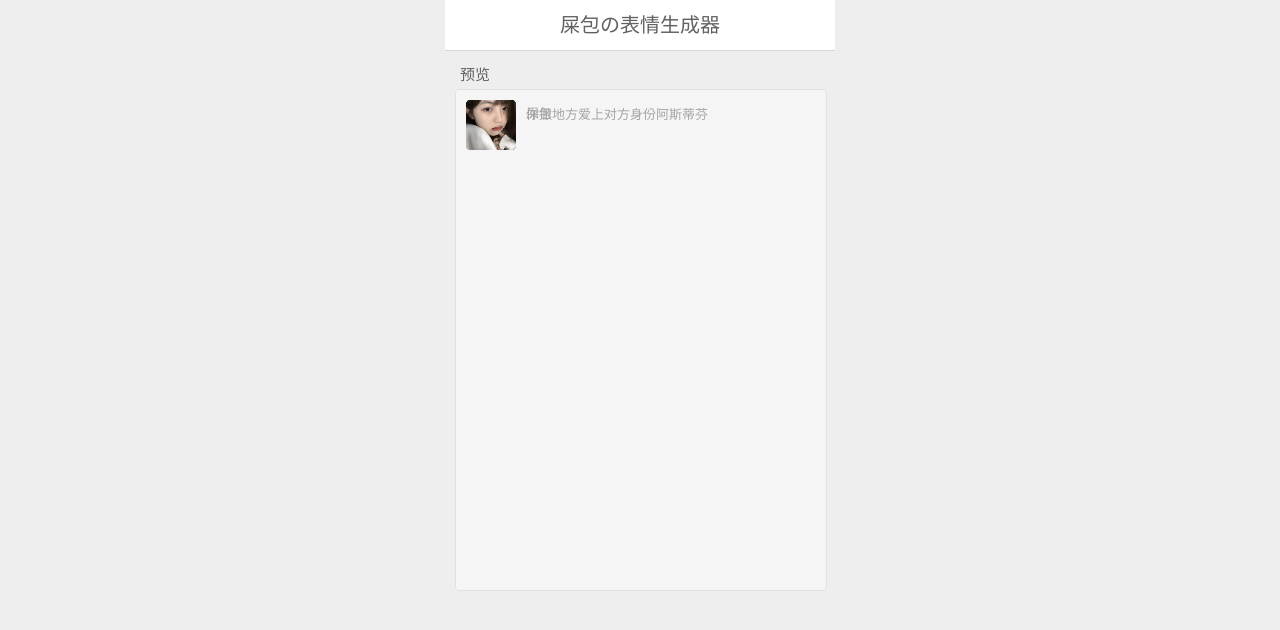
Repository: long-zuyang/shibao
Page: /
The author's editor kept a copy of each file at every save. The page is drawn from the files as they stood at one save, then again after a run of saves.
The browser window is 1280 px wide. The pictures show the whole page.
The project was rebuilt for these pictures with package versions that can differ from the ones it lists, and the page was loaded fresh each time. Also part of the build but not shown: vite.config.ts.

Above is the page before, as saved 2023-06-30 04:35:53.

### src/main.tsx
import React from 'react';
import ReactDOM from 'react-dom/client';
import 'normalize.css';
import App from './App.tsx';

ReactDOM.createRoot(document.getElementById('root') as HTMLElement).render(
  <React.StrictMode>
    <App />
  </React.StrictMode>
);

### src/App.tsx
// import { useState } from 'react';
import { Flex, Image } from 'react-vant';
import React from 'react';
import './App.less';

import CanvasDrow from './components/CanvasDraw';

// function App() {
//   // const [count, setCount] = useState(0);
//   // console.log(document.getElementById('cvs'));

// }

class App extends React.Component {
  state = {};

  componentDidMount() {
    // console.log(document.getElementById('cvs'));
  }

  render() {
    console.log('渲染');

    return (
      <div className="main">
        <div className="top">
          <div className="name">屎包の表情生成器</div>
        </div>
        <div className="container">
          <span className="tips">预览</span>
          <CanvasDrow />
        </div>
      </div>
    );
  }
}

export default App;

### src/App.less
html,
body {
  background-color: #eee;
  .main {
    width: 390px;
    margin: 0 auto;
    .top {
      height: 50px;
      position: relative;
      border-bottom: 1px solid rgb(219, 214, 214);
      background-color: #fff;
      .name {
        color: #616161;
        font-size: 20px;
        text-align: center;
        position: absolute;
        top: calc(50% - 11px);

        width: 100%;
        font-family: 微软雅黑;
      }
    }
    .container {
      margin-top: 15px;
      padding: 0 10px;
      .tips {
        font-size: 15px;
        margin: 0px 5px;
        color: #616161;
        font-family: 微软雅黑;
      }
      canvas {
        margin-top: 5px;
        height: 500px;
        width: 370px;
        border: 1px solid rgba(223, 223, 223, 0.9);
        border-radius: 5px;
      }
    }
  }
}

### src/components/CanvasDraw.tsx
import { useRef, useEffect, useState } from 'react';
import BaseImg from '../assets/base.jpg';
import JieGe from '../assets/jiege.png';

function CanvasDraw() {
  const canvasRef = useRef<HTMLCanvasElement>(null);
  const [nickNameWidth, setNickNameWidth] = useState(0);
  const [nickNameHeight, setNickNameHeight] = useState(0);

  /**
   * 初始化 Canvas
   * @param canvas Canvas DOM对象
   * @param context Canvas Context 上下文对象
   */
  function initCanvas(
    canvas: HTMLCanvasElement,
    context: CanvasRenderingContext2D | null
  ) {
    if (!context) {
      return;
    }

    // 获取Canvas的宽高
    const canvasWidth = canvas.clientWidth;
    const canvasHeight = canvas.clientHeight;

    // 缩放Canvas提升分辨率
    const dpr = window.devicePixelRatio || 1;
    canvas.width = canvasWidth * dpr;
    canvas.height = canvasHeight * dpr;
    context.scale(dpr, dpr);

    // 设置背景颜色为灰色
    context.fillStyle = '#f5f5f5';
    context.fillRect(0, 0, canvas.width, canvas.height);
    context.save();

    console.log('Cavas init.');
  }

  /**
   * 渲染圆角头像
   * @param context Canvas Context上下文
   * @param imgPath 头像地址
   */
  function drawRadiusProfilePicture(
    context: CanvasRenderingContext2D | null,
    imgPath: string
  ) {
    if (!context) {
      return;
    }
    // 创建头像图片
    const picture = new Image();
    picture.src = imgPath;

    // 图片加载完成后绘制圆角图片
    picture.onload = () => {
      const x = 10;
      const y = 10;
      const width = 50;
      const height = 50;
      const radius = 5;

      // 开始新的绘图路径
      context.beginPath();
      context.moveTo(x + radius, y);
      context.lineTo(x + width - radius, y);
      context.quadraticCurveTo(x + width, y, x + width, y + radius);
      context.lineTo(x + width, y + height - radius);
      context.quadraticCurveTo(
        x + width,
        y + height,
        x + width - radius,
        y + height
      );
      context.lineTo(x + radius, y + height);
      context.quadraticCurveTo(x, y + height, x, y + height - radius);
      context.lineTo(x, y + radius);
      context.quadraticCurveTo(x, y, x + radius, y);

      // context.stroke(); // 显示线条

      context.closePath();
      context.clip();
      context.drawImage(
        picture,
        0,
        0,
        picture.width,
        picture.height,
        x,
        y,
        width,
        height
      );

      context.restore();

      console.log('Draw Radius Profile Picture.');
    };
  }

  /**
   * 渲染昵称
   * @param context Canvas Context上下文
   * @param nickName 昵称
   */
  function drawNickName(
    context: CanvasRenderingContext2D,
    nickName: string
  ): number {
    if (!context) {
      return 0;
    }
    context.font = '13px 微软雅黑';
    // 设置文本基线位置
    context.textBaseline = 'middle';
    context.fillStyle = '#a6a5a5';

    // 绘制文本
    context.fillText(nickName, 70, 25);
    context.save();

    console.log('Draw NickName');

    const _textWidth = context.measureText(nickName).width;
    const _textHeight =
      context.measureText(nickName).actualBoundingBoxAscent +
      context.measureText(nickName).actualBoundingBoxDescent;

    setNickNameWidth(_textWidth);
    setNickNameHeight(_textHeight);
    // 返回渲染文本的宽度
    return _textWidth;
  }

  /**
   * 渲染表情包
   * @param context Canvas Context上下文
   * @param imgPath 头像地址
   */
  function drawMeme(context: CanvasRenderingContext2D, imgPath: string) {
    if (!context) {
      return;
    }

    // 计算剩下最大的渲染距离
    const _imgStartX = 10 + 50 + 10;
    const _imgStartY = 10 + Math.floor(nickNameHeight / 2) + 10;

    // 渲染
    context.fillText('你撒地方爱上对方身份阿斯蒂芬', _imgStartX, _imgStartY);

    console.log(_imgStartX, _imgStartY);
  }

  useEffect(() => {
    const canvas = canvasRef.current;
    if (!canvas) {
      return;
    }
    const ctx = canvas.getContext('2d');
    if (!ctx) {
      return;
    }

    // 初始化 Canvas
    initCanvas(canvas, ctx);

    // 渲染圆角头像
    drawRadiusProfilePicture(ctx, BaseImg);

    // 渲染昵称
    drawNickName(ctx, '屎包');
    // console.log(nickNameWidth, nickNameHeight);

    // 渲染表情图
    drawMeme(ctx, JieGe);
  }, [nickNameWidth, nickNameHeight]);

  return <canvas ref={canvasRef} />;
}

export default CanvasDraw;

Loaded but not shown: index.html (common file)

After the next 2 saves:
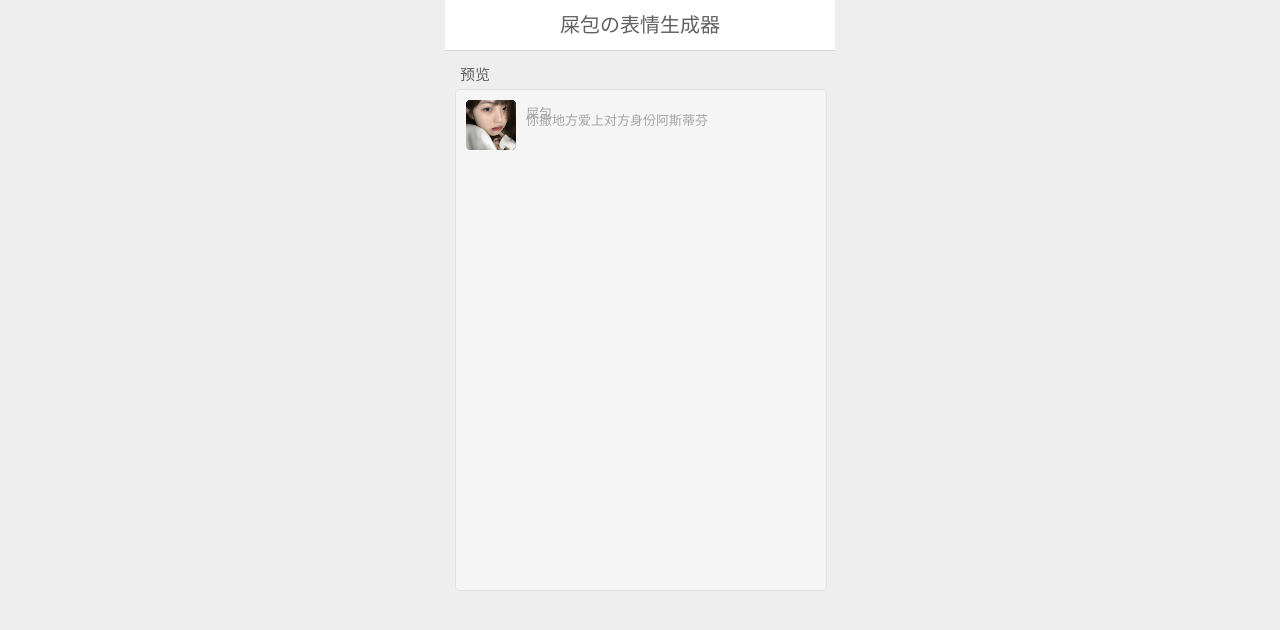
The 2 saves are shown as one change because 1 did not build or start.
The last was saved 26 s later.
--- a/src/components/CanvasDraw.tsx
+++ b/src/components/CanvasDraw.tsx
@@ -147,7 +147,7 @@ function CanvasDraw() {
 
     // 计算剩下最大的渲染距离
     const _imgStartX = 10 + 50 + 10;
-    const _imgStartY = 10 + Math.floor(nickNameHeight / 2) + 10;
+    const _imgStartY = 10 + nickNameHeight + 10;
 
     // 渲染
     context.fillText('你撒地方爱上对方身份阿斯蒂芬', _imgStartX, _imgStartY);
